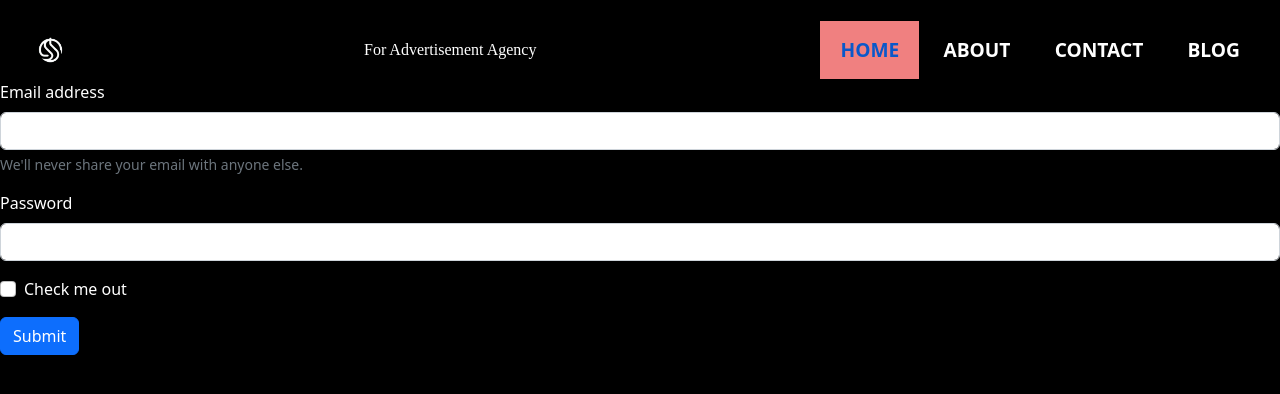
Repository: jaseem1999/sdCommunity
Page: http://localhost/sdCommunity/AdvSign.jsp
The author's editor kept a copy of each file at every save. The page is drawn from the files as they stood at one save, then again after the next save.
The browser window is 1280 px wide. The pictures show the whole page.
The pointer rests on the first visible `.nav__link a`.
The page is served by Tomcat 9.

Above is the page before, as saved 2023-10-16 15:11:53.

After the next save:
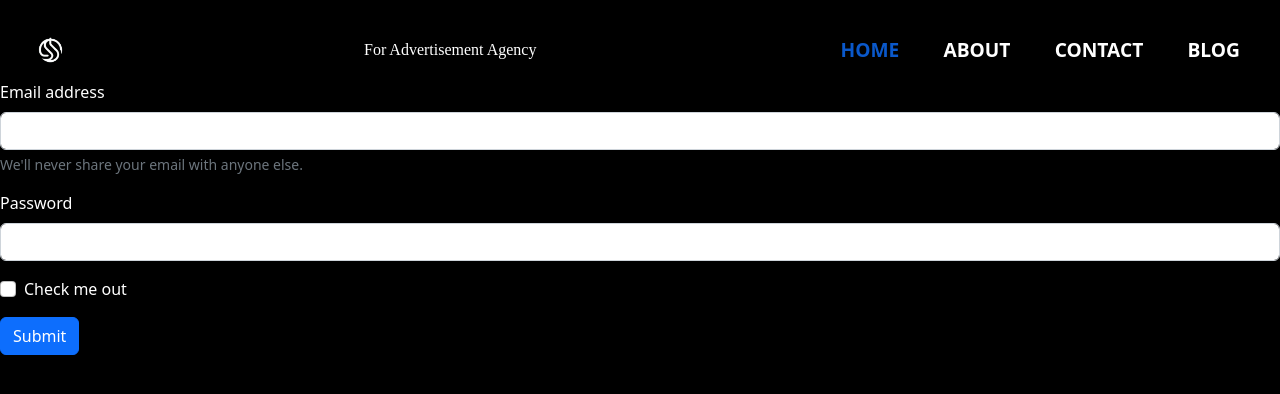
Saved 2 h 40 min later.
--- a/sdCommunity/src/main/webapp/AdvSign.jsp
+++ b/sdCommunity/src/main/webapp/AdvSign.jsp
@@ -60,7 +60,7 @@ a {
 }
 
 .nav__link a:hover {
-  background-color: lightcoral;
+  background-color: black;
 }
 
 .hide {
